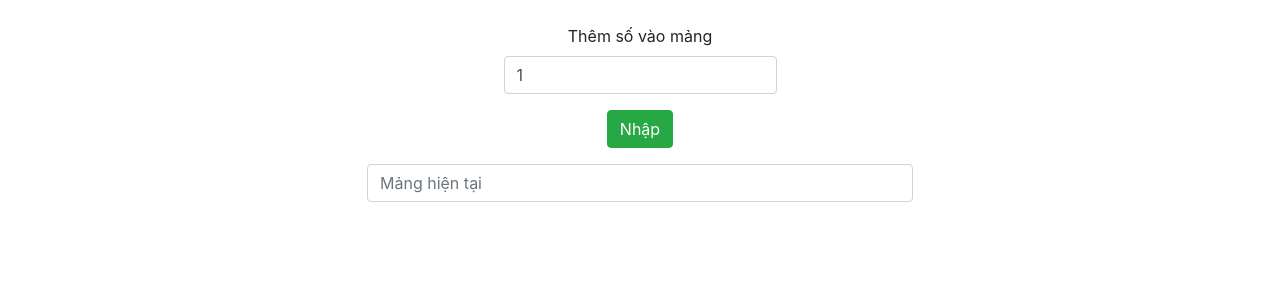
Repository: baobaodeveloper/bootcamp21__array__HuynhAnhBao
Page: index.html
The author's editor kept a copy of each file at every save. The page is drawn from the files as they stood at one save, then again after the next save.
The browser window is 1280 px wide. The pictures show the whole page.

Above is the page before, as saved 2022-03-20 16:47:42.

After the next save:
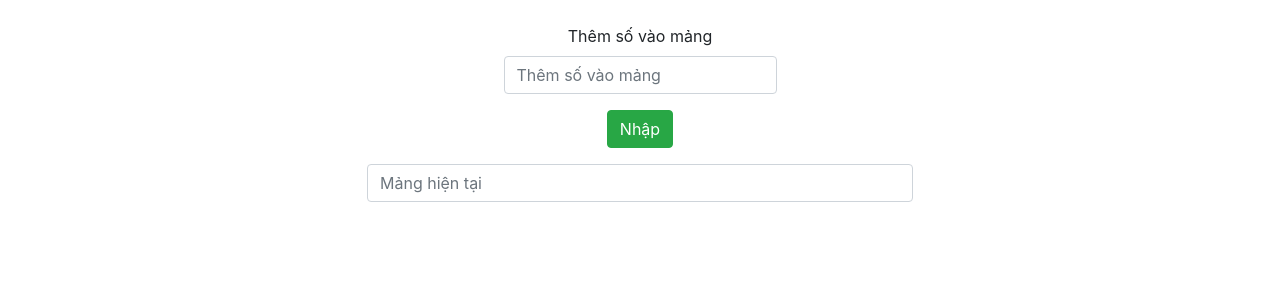
Saved 4 s later.
--- a/index.html
+++ b/index.html
@@ -30,7 +30,7 @@
           class="form-control w-50"
           id="number"
           placeholder="Thêm số vào mảng"
-          value="1"
+          value=""
         />
         <button type="button" class="btn btn-success m-3" id="input">
           Nhập
